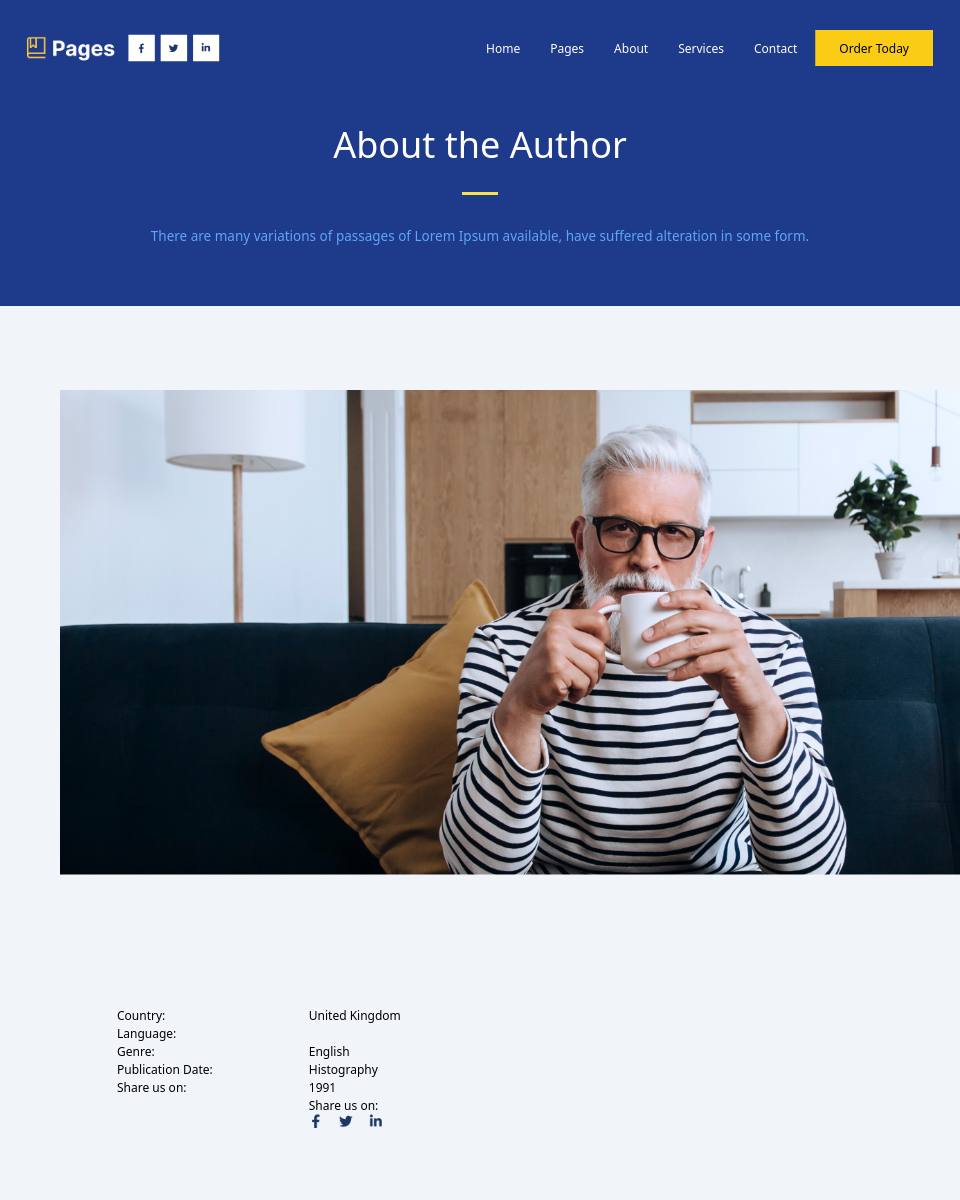
Repository: Godnorg/Class3
Page: index.html
An editor plug-in stored every save of this project. The page is shown before and after a run of saves, followed by the edit.
The browser window is 1280 px wide. The pictures show the whole page, at 75% of full size.
Some web libraries are served in a nearby version.

Above is the page before, as saved 2023-02-19 02:47:45.

After the next 2 saves:
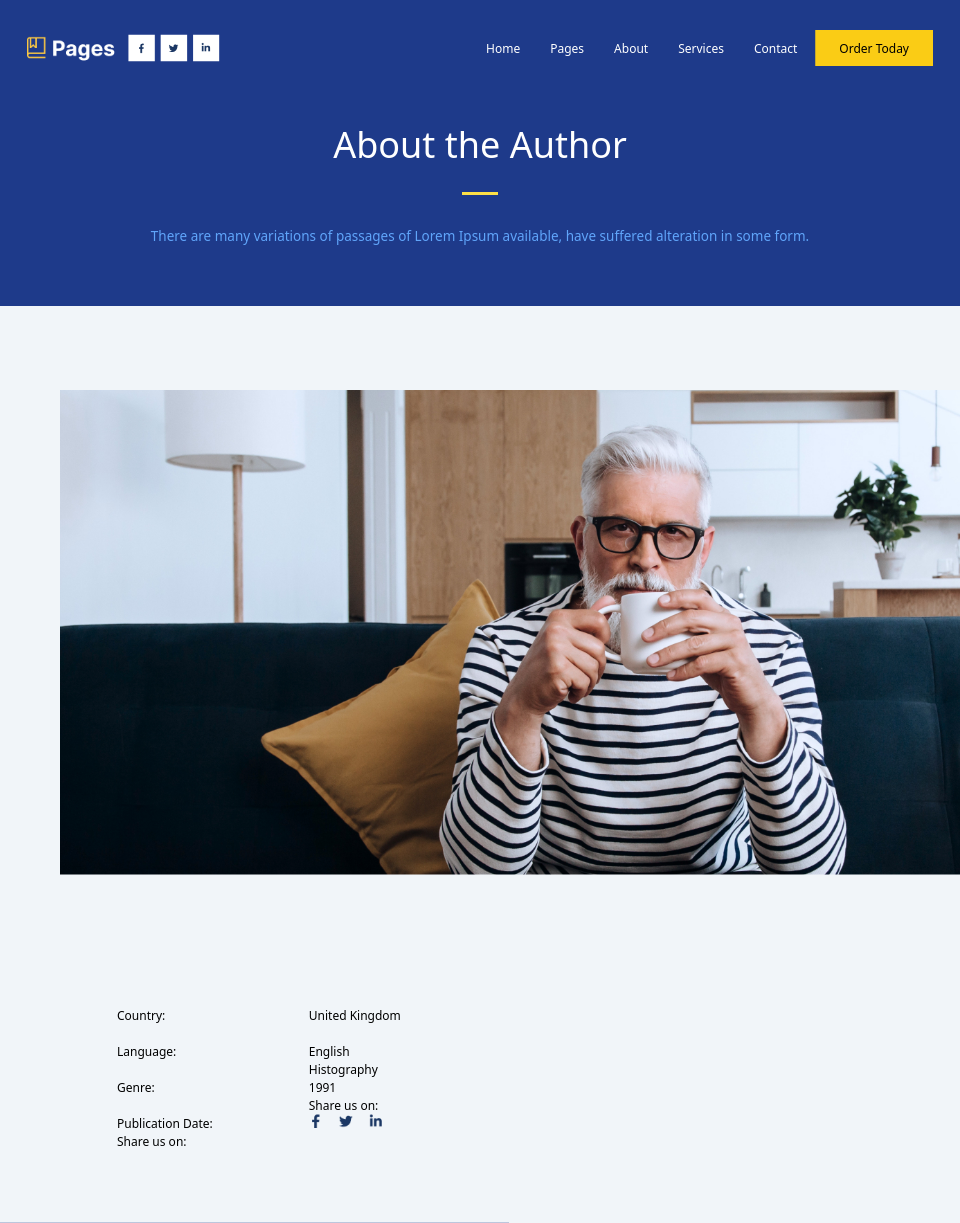
The 2 saves are shown as one change because they came seconds apart.
The last was saved 18 s later.
--- a/index.html
+++ b/index.html
@@ -38,9 +38,9 @@
         <div>
             <div class="flex py-24 ml-28 bg-color-white px-11">
                 <div class="pr-32">
-                <h2>Country:</h2>
-                <h2>Language:</h2>
-                <h2>Genre:</h2>
+                <h2 class="pb-6">Country:</h2>
+                <h2 class="pb-6">Language:</h2>
+                <h2 class="pb-6">Genre:</h2>
                 <h2>Publication Date:</h2>
                 <h2>Share us on:</h2>
                 </div>
